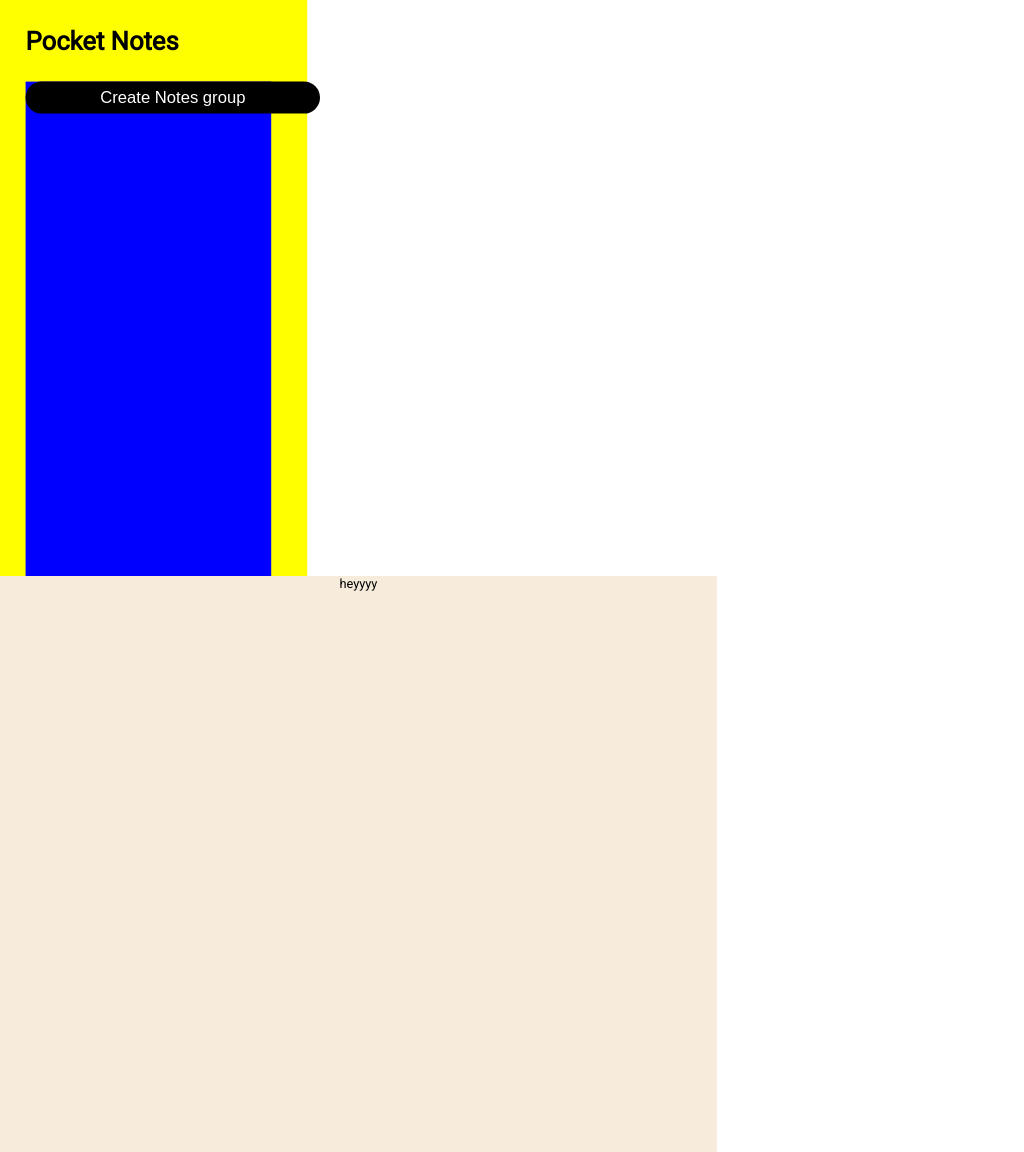
Repository: drumsmanku/react-module-test
Page: /
The author's editor kept a copy of each file at every save. The page is drawn from the files as they stood at one save, then again after the next save.
The browser window is 1280 px wide. The pictures show the whole page, at 80% of full size.
The project was rebuilt for these pictures with package versions that can differ from the ones it lists, and the page was loaded fresh each time.

Above is the page before, as saved 2023-06-10 18:52:09.

After the next save:
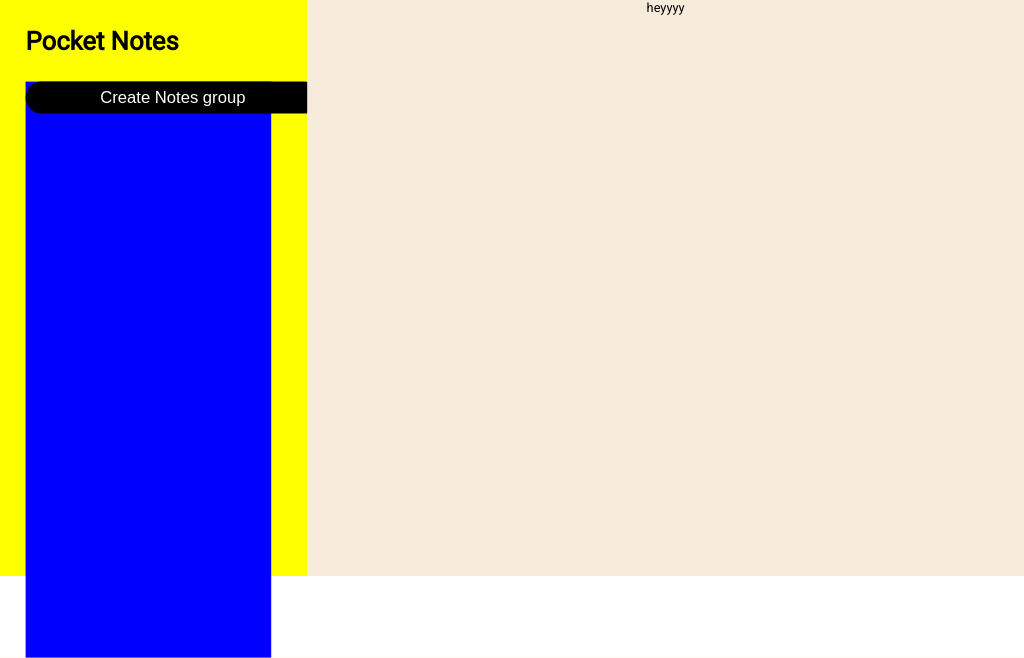
Saved 41 s later.
--- a/src/Components/MainPage.css
+++ b/src/Components/MainPage.css
@@ -3,7 +3,7 @@ body{
   font-family: 'Roboto';
 }
 
-.main-compartment{
+.main-container{
   height: 100vh;
   width: 100vw;
   display: flex;
